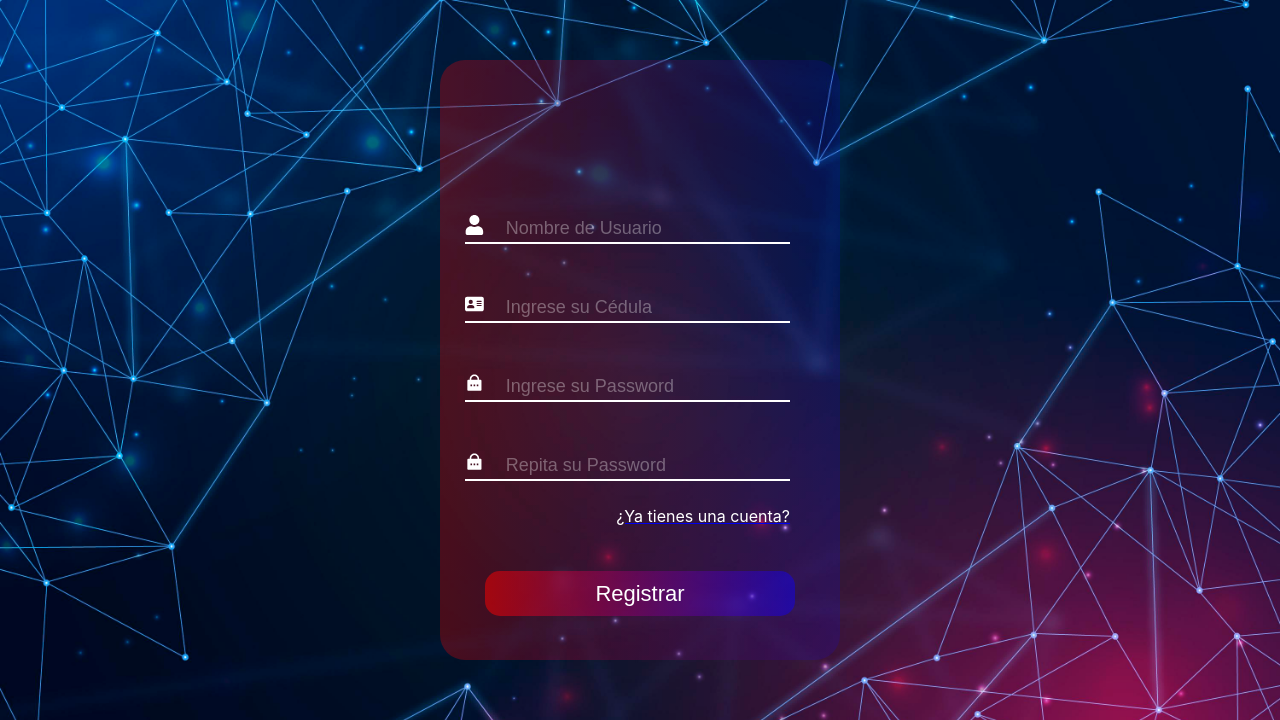
Repository: Davic1o/municipio
Page: /Registro
An editor plug-in stored every save of this project. The page is shown before and after the next save, followed by the edit.
The browser window is 1280 px wide. The pictures show the whole page.
The project was rebuilt for these pictures with package versions that can differ from the ones it lists, and the page was loaded fresh each time. Also part of the build but not shown: src/pages/Login/Login.jsx, src/pages/Administrador/Admin.jsx, src/pages/Coord/Coord.jsx, src/pages/User/User.jsx, src/pages/ConfirmacionRegistro/ConfirmacionRegistro.jsx.

Above is the page before, as saved 2024-02-06 20:08:32.

### src/index.js
import React from 'react';
import ReactDOM from 'react-dom/client';
import './index.css';
import App from './App';
import { BrowserRouter } from 'react-router-dom';

const root = ReactDOM.createRoot(document.getElementById('root'));
root.render(
  <BrowserRouter>
    <App />
   </BrowserRouter>
);

### src/index.css
body {
  margin: 0;
  font-family: -apple-system, BlinkMacSystemFont, 'Segoe UI', 'Roboto', 'Oxygen',
    'Ubuntu', 'Cantarell', 'Fira Sans', 'Droid Sans', 'Helvetica Neue',
    sans-serif;
  -webkit-font-smoothing: antialiased;
  -moz-osx-font-smoothing: grayscale;
}

code {
  font-family: source-code-pro, Menlo, Monaco, Consolas, 'Courier New',
    monospace;
}
input{
  text-decoration: none;
  border: none;
}
button{
  background-color: transparent;
  text-decoration: none;
  border: none;
}

### src/App.jsx

import './App.css';
import Rutas from './routes/Rutas';

function App() {
  return (
    <div className="App">
      <Rutas/>
    </div>
  );
}

export default App;

### src/routes/Rutas.jsx
import React from 'react'
import { Routes, Route } from 'react-router-dom';
import Login from '../pages/Login/Login';
import Admin from '../pages/Administrador/Admin';
import Coord from '../pages/Coord/Coord';
import User from '../pages/User/User';
import Register from '../pages/Register/Register';
import ConfirmacionRegistro from '../pages/ConfirmacionRegistro/ConfirmacionRegistro';


function Rutas() {
  return (


    <Routes>
    <Route exact path="/" element={<Login/>} />
    <Route exact path="/Registro" element={<Register/>} />
    <Route exact path="/ConfirmacionRegistro" element={<ConfirmacionRegistro/>} />
    <Route exact path="/Administrador" element={<Admin/>} />
    <Route path='/Coordinador' element={<Coord/>} />
    <Route path='/Usuario' element={<User/>} />

    </Routes>

  )
}

export default Rutas

### src/pages/Register/Register.jsx
import React, { useState } from 'react';
import { FaUser } from 'react-icons/fa';
import { RiLockPasswordFill } from 'react-icons/ri';
import { FaAddressCard } from "react-icons/fa6";
import { Link, useNavigate } from "react-router-dom";
import './register.css';

const Register = () => {
  const Navigate = useNavigate();
  const [username, setUsername] = useState('');
  const [cedula, setCedula] = useState('');
  const [password, setPassword] = useState('');
  const [confirmPassword, setConfirmPassword] = useState('');
  const [errorMessage, setErrorMessage] = useState('');

  const validarFormulario = () => {
    if (password !== confirmPassword) {
      setErrorMessage('Las contraseñas no coinciden');
      alert('Las contraseñas no coinciden');
      limpiarCampos();
      return false;
    }

    if (!username || !cedula || !password || !confirmPassword) {
      setErrorMessage('Por favor, complete todos los campos.');
      alert('Por favor, complete todos los campos.');
      return false;
    }

    setErrorMessage('');
    return true;
  };

  const limpiarCampos = () => {
    setUsername('');
    setCedula('');
    setPassword('');
    setConfirmPassword('');
  };

  const handleRegistroClick = () => {
    if (validarFormulario()) {
      // Realizar acciones adicionales para el registro

      // Crear un arreglo con la información del usuario
      const userInfo = {
        username,
        cedula,
        password,
        confirmPassword,
      };

      Navigate('/ConfirmacionRegistro', { state: { userInfo } });

      // Limpia los campos después del registro exitoso
      limpiarCampos();
    }
  };

  return (
    <div className="login__container">
      <div className="register__recuadro">
        <div className="register__formulario">
          <div className="contenedor__nombre">
            <FaUser className="icon__nombre" />
            <input
              type="text"
              className="inp__nombre"
              placeholder="Nombre de Usuario"
              value={username}
              onChange={(e) => setUsername(e.target.value)}
            />
          </div>
          <div className="contenedor__nombre">
            <FaAddressCard className="icon__password" />
            <input
              type="text"
              className="inp__nombre"
              placeholder="Ingrese su Cédula"
              value={cedula}
              onChange={(e) => setCedula(e.target.value)}
            />
          </div>
          <div className="contenedor__password">
            <RiLockPasswordFill className="icon__password" />
            <input
              type="password"
              className="inp__password"
              placeholder="Ingrese su Password"
              value={password}
              onChange={(e) => setPassword(e.target.value)}
            />
          </div>
          <div className="contenedor__password">
            <RiLockPasswordFill className="icon__password" />
            <input
              type="password"
              className="inp__password"
              placeholder="Repita su Password"
              value={confirmPassword}
              onChange={(e) => setConfirmPassword(e.target.value)}
            />
          </div>
          <div className="contenedor__registrar">
            <Link to={'/'}>
              <label htmlFor="" className="lbl__registrar">
                ¿Ya tienes una cuenta?
              </label>
            </Link>
          </div>
          <div className="contendor__ingresar">
            <button className="btn__ingresar" onClick={handleRegistroClick}>
              Registrar
            </button>
          </div>
        </div>
      </div>
    </div>
  );
};

export default Register;

### src/pages/Login/login.css
.login__container {
    background-image:  url('../../images/fondo_informacion.jpg');
    background-size: cover;
    height: 100vh;
    width: 100vw;
    box-sizing: border-box;
    display: flex;
    align-items: center;
    justify-content: center;
    z-index: 0;
}
.login__recuadro{
    width: 400px;
    height: 600px;
    border-radius: 25px;
    background: linear-gradient(to right, rgba(253, 0, 0, 0.288) 1%, rgba(16, 0, 235, 0.171));
}
.login__formulario{
    margin-top: 200px;
}
.contenedor__nombre, .contenedor__password{
    padding-top: 25px;
    width: 325px;
    margin: 25px;
    display: flex;
    border-bottom: 2px solid white ;
}
.icon__nombre, .icon__password{
    margin-right: 20px;
    font-size: 20px;
    background-color: transparent;
    color: white;
}
.inp__nombre, .inp__password{

    background-color: transparent;
    width: 300px;
    height: 25px;
    font-size: 18px;
    color: white;
}
.inp__nombre::placeholder, .inp__password::placeholder{
    font-size: 18px;
color: rgba(255, 255, 255, 0.336);
}
.inp__nombre:focus, .inp__password:focus{
    outline: none;
    font-size: 18px;
    border: none;
    color: white;
}
.contenedor__recuerdame{
    width: 325px;
    margin: 25px;
    display: flex;
}
.inp__recuerdame{
    transform: scale(1.5);
    margin-right: 20px;
}
.lbl__recuerdame{
    font-size: 18px;
    color: white;
}
.contenedor__registrar{
    width: 325px;
    margin: 25px;
    display: flex;
    justify-content: right;
}
.lbl__registrar{
    color: white;
}
.lbl__registrar:hover{
    color: blue;
    cursor: pointer;
}
.contendor__ingresar{

    background: linear-gradient(to right, rgba(253, 0, 0, 0.514) 1%, rgba(16, 0, 235, 0.514));
    border-radius: 15px;
    margin: 45px;
    display: flex;
    justify-content: center;
}
.btn__ingresar{
    height: 45px;
    color: white;
    font-size: 22px;
    cursor: pointer;

}

### src/pages/Register/register.css

.register__recuadro{
    width: 400px;
    height: 600px;
    border-radius: 25px;
    background: linear-gradient(to right, rgba(253, 0, 0, 0.288) 1%, rgba(16, 0, 235, 0.171));
}
.register__formulario{
    margin-top: 130px;
}

Loaded but not shown: public/index.html (common file); src/App.css (common file)

After the next save:
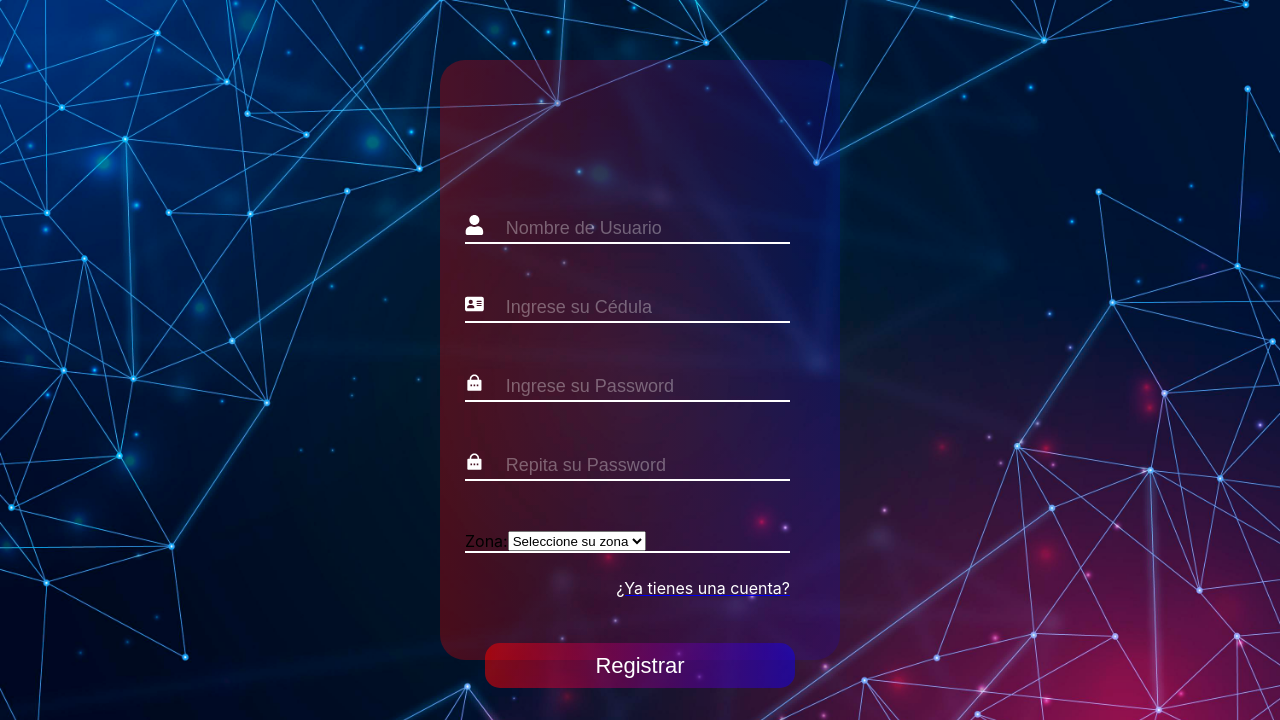
Saved 6 min 7 s later.
--- a/src/pages/Register/Register.jsx
+++ b/src/pages/Register/Register.jsx
@@ -11,6 +11,7 @@ const Register = () => {
   const [cedula, setCedula] = useState('');
   const [password, setPassword] = useState('');
   const [confirmPassword, setConfirmPassword] = useState('');
+  const [zona, setZona] = useState(''); // Nuevo estado para la zona
   const [errorMessage, setErrorMessage] = useState('');
 
   const validarFormulario = () => {
@@ -21,7 +22,7 @@ const Register = () => {
       return false;
     }
 
-    if (!username || !cedula || !password || !confirmPassword) {
+    if (!username || !cedula || !password || !confirmPassword || !zona) {
       setErrorMessage('Por favor, complete todos los campos.');
       alert('Por favor, complete todos los campos.');
       return false;
@@ -36,20 +37,25 @@ const Register = () => {
     setCedula('');
     setPassword('');
     setConfirmPassword('');
+    setZona(''); // Limpiar el campo de la zona también
   };
 
   const handleRegistroClick = () => {
     if (validarFormulario()) {
-      // Realizar acciones adicionales para el registro
-
-      // Crear un arreglo con la información del usuario
+      // Crear un objeto con la información del usuario
       const userInfo = {
         username,
         cedula,
         password,
         confirmPassword,
+        zona,
       };
 
+      console.log(userInfo);
+
+      // Realizar acciones adicionales para el registro
+
+      // Pasar userInfo como estado en Navigate
       Navigate('/ConfirmacionRegistro', { state: { userInfo } });
 
       // Limpia los campos después del registro exitoso
@@ -101,6 +107,19 @@ const Register = () => {
               onChange={(e) => setConfirmPassword(e.target.value)}
             />
           </div>
+          <div className="contenedor__password">
+            <label htmlFor="zona">Zona:</label>
+            <select
+              id="zona"
+              value={zona}
+              onChange={(e) => setZona(e.target.value)}
+            >
+              <option value="">Seleccione su zona</option>
+              <option value="norte">Zona Norte</option>
+              <option value="sur">Zona Sur</option>
+              <option value="centro">Zona Centro</option>
+            </select>
+          </div>
           <div className="contenedor__registrar">
             <Link to={'/'}>
               <label htmlFor="" className="lbl__registrar">
